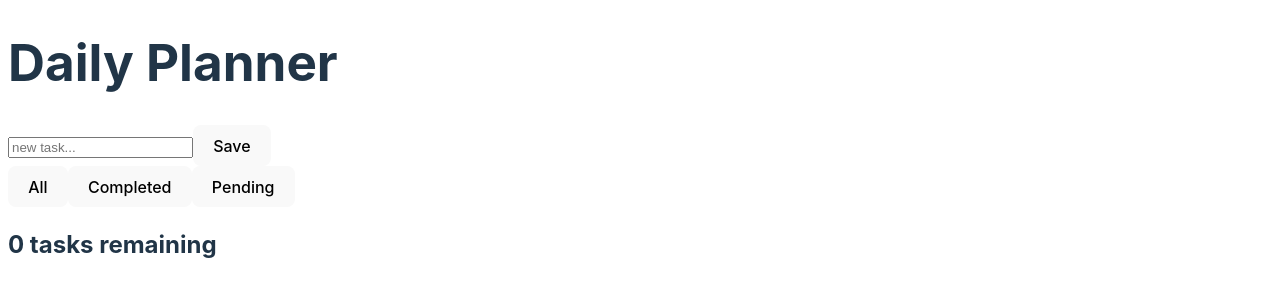
Repository: leslie179/labfour
Page: / (app in labfour/)
These files come from the project's save history. The page is drawn as it stood at one moment and after the next save; the edit follows.
The browser window is 1280 px wide. The pictures show the whole page.
The project was rebuilt for these pictures with package versions that can differ from the ones it lists, and the page was loaded fresh each time. Also part of the build but not shown: labfour/vite.config.js, labfour/src/App.css, labfour/src/components/Task.jsx.

Above is the page before, as saved 2024-10-27 19:46:58.

After the next save:
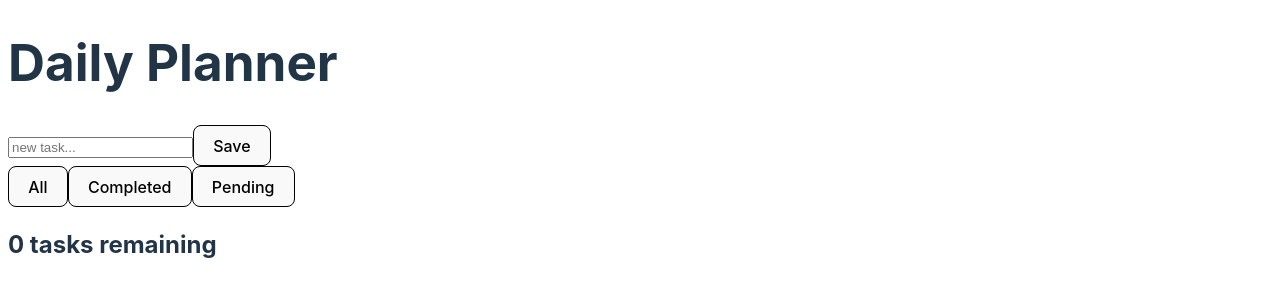
Saved 10 s later.
--- a/labfour/src/index.css
+++ b/labfour/src/index.css
@@ -40,6 +40,8 @@ button {
   background-color: #1a1a1a;
   cursor: pointer;
   transition: border-color 0.25s;
+  border: 1px solid black;
+  background-color: white;
 }
 button:hover {
   border-color: #646cff;
